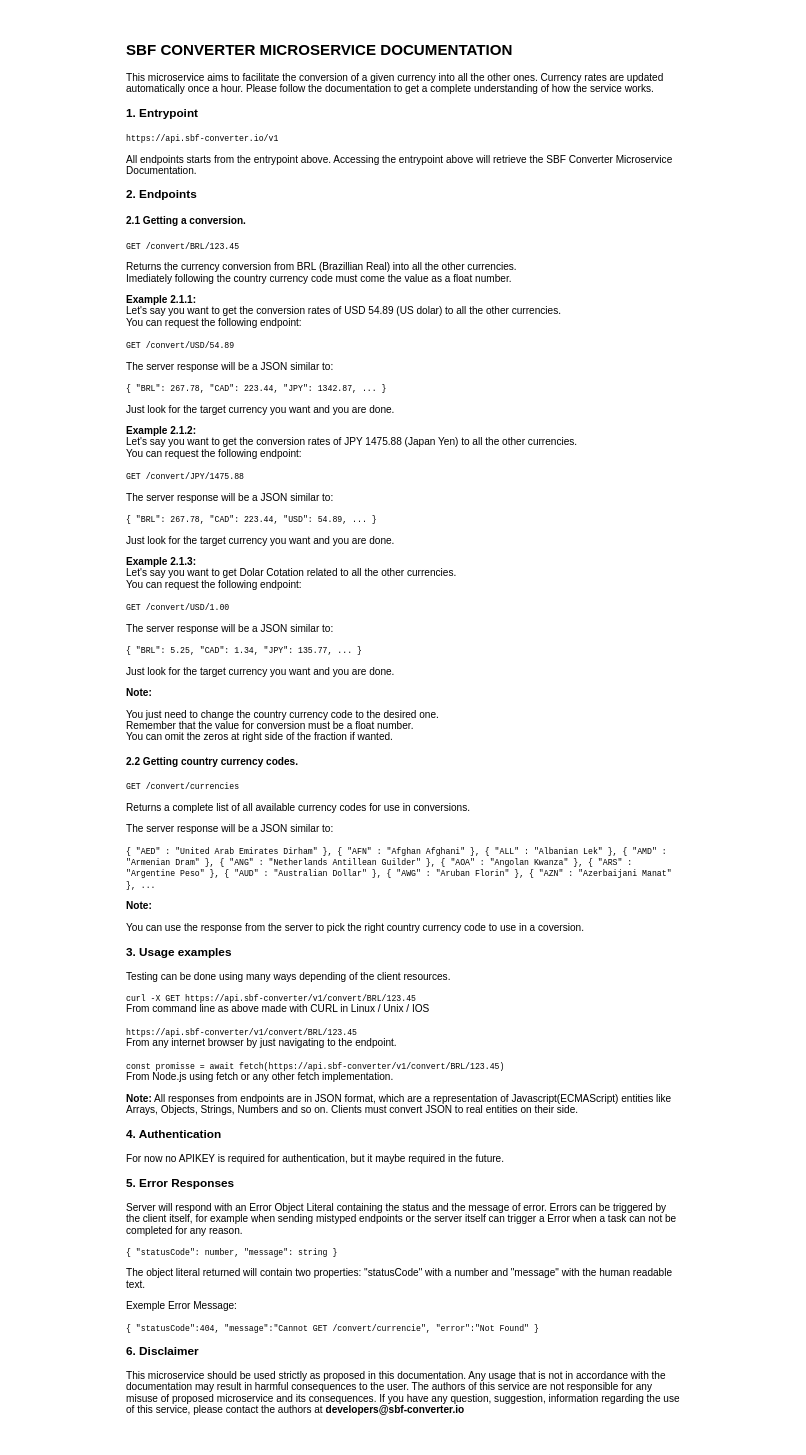
Repository: miguelamello/nestjs-restful-api
Page: documentation.html
An editor plug-in stored every save of this project. The page is shown before and after a run of saves, followed by the edit.
The browser window is 1280 px wide. The pictures show the whole page, at 63% of full size.

Above is the page before, as saved 2023-03-23 11:58:29.

### documentation.html
<!DOCTYPE html>
<html lang="en">
<head>
  <meta charset="UTF-8">
  <meta http-equiv="X-UA-Compatible" content="IE=edge">
  <meta name="viewport" content="width=device-width, initial-scale=1.0">
  <title>SBF Converter Microservice</title>
  <style>
    body {
      font-family: Arial, Helvetica, sans-serif;
      padding: 3% 15%;
    }
  </style>
</head>
<body>
  <h2>SBF CONVERTER MICROSERVICE DOCUMENTATION</h2>
  <p>
    This microservice aims to facilitate the conversion of a given currency
    into all the other ones. Currency rates are updated automatically once a hour.
    Please follow the documentation to get a complete understanding of how the service works.
  </p>

  <h3>1. Entrypoint</h3>
  <code>https://api.sbf-converter.io/v1</code>
  <p>
    All endpoints starts from the entrypoint above. Accessing the entrypoint
    above will retrieve the SBF Converter Microservice Documentation.
  </p>

  <h3>2. Endpoints</h3>
  <h4>2.1 Getting a conversion.</h4>
  <p>
    <code>GET /convert/BRL/123.45</code>
    <div>Returns the currency conversion from BRL (Brazillian Real) into all the other currencies.</div>
    <div>Imediately following the country currency code must come the value as a float number.</div>

    <p>
      <div><b>Example 2.1.1:</b></div>
      <div>Let's say you want to get the conversion rates of USD 54.89 (US dolar) to all the other currencies.</div>
      <div>You can request the following endpoint:</div><br>
      <code>GET /convert/USD/54.89</code>
    </p>

    <p>The server response will be a JSON similar to:</p>

    <code>{ "BRL": 267.78, "CAD": 223.44, "JPY": 1342.87, ... }</code>

    <p>Just look for the target currency you want and you are done.</p>

    <p>
      <div><b>Example 2.1.2:</b></div>
      <div>Let's say you want to get the conversion rates of JPY 1475.88 (Japan Yen) to all the other currencies.</div>
      <div>You can request the following endpoint:</div><br>
      <code>GET /convert/JPY/1475.88</code>
    </p>

    <p>The server response will be a JSON similar to:</p>

    <code>{ "BRL": 267.78, "CAD": 223.44, "USD": 54.89, ... }</code>

    <p>Just look for the target currency you want and you are done.</p>

    <p>
      <div><b>Example 2.1.3:</b></div>
      <div>Let's say you want to get Dolar Cotation related to all the other currencies.</div>
      <div>You can request the following endpoint:</div><br>
      <code>GET /convert/USD/1.00</code>
    </p>

    <p>The server response will be a JSON similar to:</p>

    <code>{ "BRL": 5.25, "CAD": 1.34, "JPY": 135.77, ... }</code>

    <p>Just look for the target currency you want and you are done.</p>

    <p>
      <b>Note:</b>
      <div>You just need to change the country currency code to the desired one.</div>
      <div>Remember that the value for conversion must be a float number.</div>
      <div>You can omit the zeros at right side of the fraction if wanted.</div>
    </p>
  </p>

  <h4>2.2 Getting country currency codes.</h4>
  <p>
    <code>GET /convert/currencies</code>
    <div>Returns a complete list of all available currency codes for use in conversions.</div>

    <p>The server response will be a JSON similar to:</p>
    <code>
      { "AED" : "United Arab Emirates Dirham" },
      { "AFN" : "Afghan Afghani" },
      { "ALL" : "Albanian Lek" },
      { "AMD" : "Armenian Dram" },
      { "ANG" : "Netherlands Antillean Guilder" },
      { "AOA" : "Angolan Kwanza" },
      { "ARS" : "Argentine Peso" },
      { "AUD" : "Australian Dollar" },
      { "AWG" : "Aruban Florin" },
      { "AZN" : "Azerbaijani Manat" },
      ...
    </code>

    <p>
      <b>Note:</b>
      <div>You can use the response from the server to pick the right
        country currency code to use in a coversion.</div>
    </p>
  </p>

  <h3>3. Usage examples</h3>

  <p>Testing can be done using many ways depending of the client resources.</p>

  <code>curl -X GET https://api.sbf-converter/v1/convert/BRL/123.45</code>
  <div>From command line as above made with CURL in Linux / Unix / IOS</div>
  <br>
  <code>https://api.sbf-converter/v1/convert/BRL/123.45</code>
  <div>From any internet browser by just navigating to the endpoint.</div>
  <br>
  <code>const promisse = await fetch(https://api.sbf-converter/v1/convert/BRL/123.45)</code>
  <div>From Node.js using fetch or any other fetch implementation.</div>

  <p>
    <b>Note:</b> All responses from endpoints are in JSON format, which are a
    representation of Javascript(ECMAScript) entities like Arrays, Objects,
    Strings, Numbers and so on. Clients must convert JSON to real entities
    on their side.
  </p>

  <h3>4. Authentication</h3>
  <p>For now no APIKEY is required for authentication, but it maybe required in the future.</p>

  <h3>5. Error Responses</h3>

  <p>
    Server will respond with an Error Object Literal containing
    the status and the message of error. Errors can be triggered
    by the client itself, for example when sending mistyped endpoints
    or the server itself can trigger a Error when a
    task can not be completed for any reason.
  </p>

  <p>
    <code>{ "statusCode": number, "message": string }</code><br>
    <div>
      The object literal returned will contain two properties:
      "statusCode" with a number and "message" with the human readable text.
    </div>
  </p>

  <p>Exemple Error Message:</p>
  <p>
    <code>
      { "statusCode":404, "message":"Cannot GET /convert/currencie", "error":"Not Found" }
    </code>
  </p>

  <h3>6. Disclaimer</h3>
  <p>
    This microservice should be used strictly as proposed in this documentation.
    Any usage that is not in accordance with the documentation may result in harmful
    consequences to the user. The authors of this service are not responsible for
    any misuse of proposed microservice and its consequences. If you have any question,
    suggestion, information regarding the use of this service, please contact
    the authors at <b>developers@sbf-converter.io</b>
  </p>

</body>
</html>

After the next 7 saves:
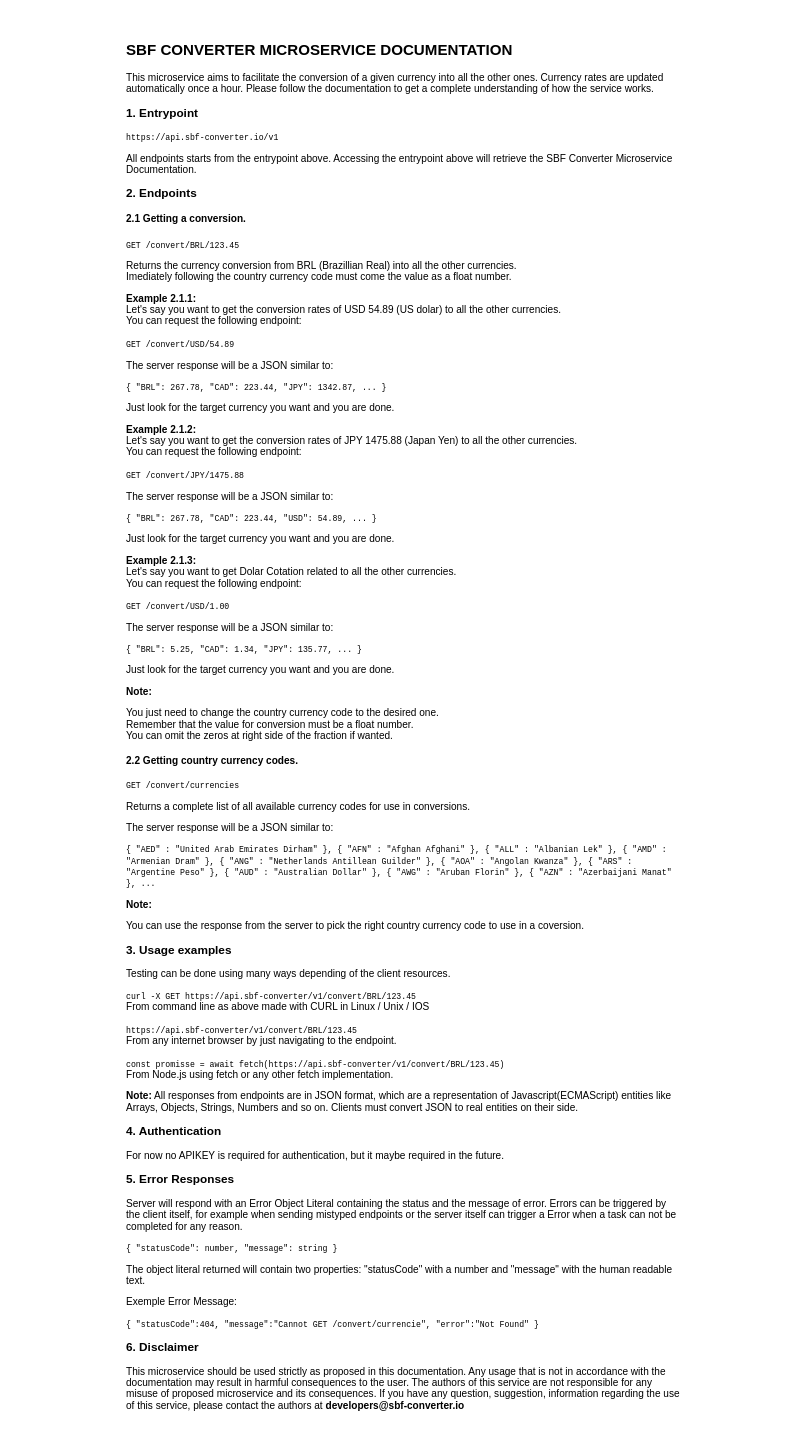
The 7 saves are shown as one change because they came seconds apart.
The last was saved 3 h 10 min later.
--- a/documentation.html
+++ b/documentation.html
@@ -9,6 +9,10 @@
     body {
       font-family: Arial, Helvetica, sans-serif;
       padding: 3% 15%;
+    }
+
+    h3 {
+      margin-top: 2%;
     }
   </style>
 </head>
